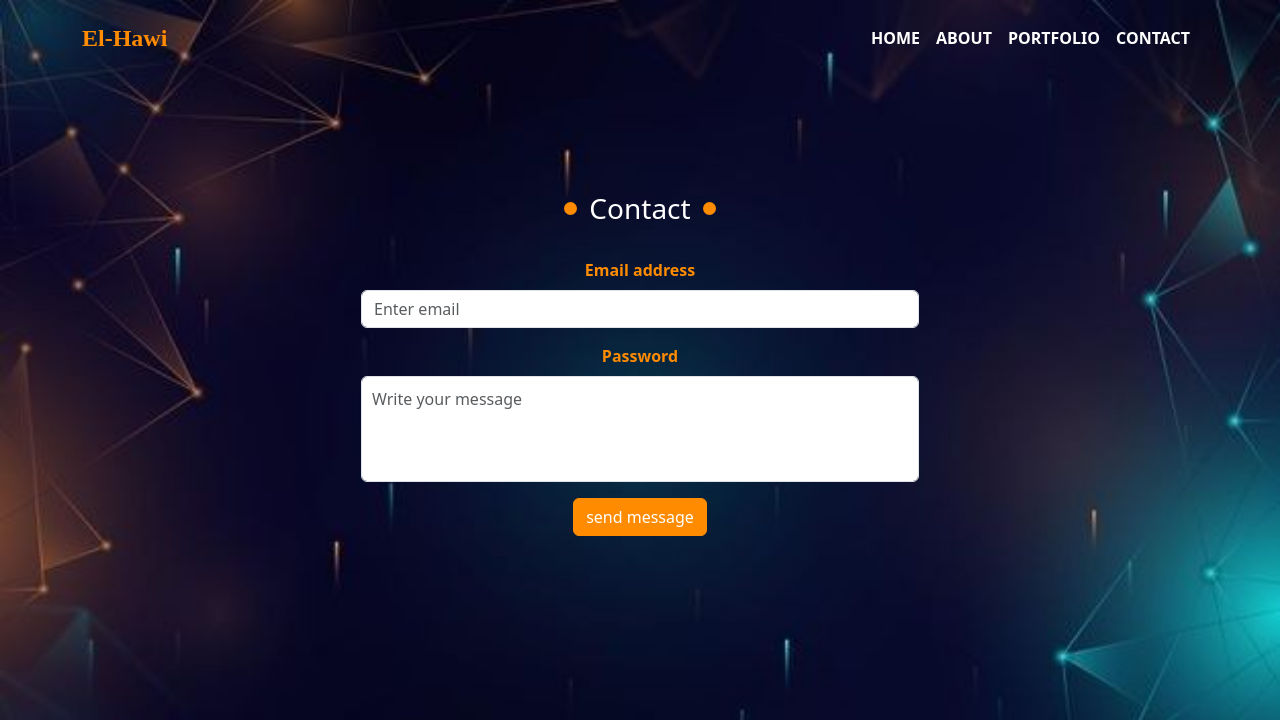
Repository: amralhawi123/Portfolio
Page: /contact
The author's editor kept a copy of each file at every save. The page is drawn from the files as they stood at one save, then again after a run of saves.
The browser window is 1280 px wide. The pictures show the whole page.
The project was rebuilt for these pictures with package versions that can differ from the ones it lists, and the page was loaded fresh each time. Also part of the build but not shown: src/components/landing/landing.css, src/components/landing/landing.js, src/components/about/about.css, src/components/about/About.js, src/components/Portfolio/portfolio.css, src/components/Portfolio/Portfolio.js. Imported but missing from the stored project, and not drawn on this page: src/image/Amr Mahmoud Alhawi.pdf.

Above is the page before, as saved 2023-08-28 17:35:10.

### public/index.html
<!DOCTYPE html>
<html lang="en">
  <head>
    <meta charset="utf-8" />
    <link rel="icon" href="%PUBLIC_URL%/favicon.ico" />
    <meta name="viewport" content="width=device-width, initial-scale=1" />
    <meta name="theme-color" content="#000000" />
    <meta
      name="description"
      content="Web site created using create-react-app"
    />
    <link rel="stylesheet" href="https://cdnjs.cloudflare.com/ajax/libs/font-awesome/6.4.2/css/all.min.css" integrity="sha512-z3gLpd7yknf1YoNbCzqRKc4qyor8gaKU1qmn+CShxbuBusANI9QpRohGBreCFkKxLhei6S9CQXFEbbKuqLg0DA==" crossorigin="anonymous" referrerpolicy="no-referrer" />

    <link rel="apple-touch-icon" href="%PUBLIC_URL%/logo192.png" />
    <link rel="manifest" href="%PUBLIC_URL%/manifest.json" />
    <title>My Portfolio</title>
  </head>
  <body>
    <!-- <noscript>You need to enable JavaScript to run this app.</noscript> -->
    <div id="root"></div>

  </body>
</html>

### src/components/navbar/MayNav.js
import React from 'react'
import './Maynav.css'
import { Nav, Navbar } from 'react-bootstrap'

const MayNav = () => {
  return (
       <div className='myNav'>
      <Navbar    expand="lg" data-bs-theme="dark">
      <Navbar.Brand href="#home" className='fs-4'>El-Hawi</Navbar.Brand>
        <Navbar.Toggle aria-controls="basic-navbar-nav" />
        <Navbar.Collapse id="basic-navbar-nav">
        <Nav className="ms-auto links">
            <Nav.Link href="#home">HOME</Nav.Link>
            <Nav.Link href="#about">ABOUT</Nav.Link>
            <Nav.Link href="#portfolio">PORTFOLIO</Nav.Link>
            <Nav.Link href="#contact">CONTACT</Nav.Link>
          </Nav>
        </Navbar.Collapse>
    </Navbar>
     </div>

  )
}

export default MayNav

### src/components/contact/contact.js
import React from 'react'
import './contact.css'
import { Button, Form } from 'react-bootstrap'
const Contact = () => {
  return (
    <div className='contact text-center' id='contact'>
      <h3 className=' my-3'>Contact</h3>
       <Form className=' my-3'>
      <Form.Group className="mb-3" controlId="formBasicEmail">
        <Form.Label>Email address</Form.Label>
        <Form.Control type="email" placeholder="Enter email" />
      </Form.Group>

      <Form.Group className="mb-3" controlId="formBasicPassword">
        <Form.Label>Password</Form.Label>
        <Form.Control type="text" className='heghit' placeholder="Write your message" />
      </Form.Group>
      <Button variant="primary" className='button' type="submit">
        send message
      </Button>
    </Form>
    </div>
  )
}

export default Contact

### src/components/navbar/Maynav.css
.myNav .navbar-brand{
   font-weight: bold ;
   font-family: auto;
   color:darkorange;
}

.navbar-toggler{
   background-color: white !important;
}
@media (max-width:576px) {
   .navbar-toggler{
      display: none !important;
   }
   .collapse:not(.show) {
      display: block !important;
  }
}
.myNav .links a {
   display: flex;
    justify-content: center;
    align-items: center;
    height: 60px;
    padding: 0 20px;
    position: relative;
    transition: .2s;
    overflow: hidden;
    text-decoration: auto;
    color: white;
    font-weight: 700;
}
.myNav .links a::before{
   content: '';
   position: absolute;
   width: 100%;
   height: 3px;
   background-color: darkorange;
   top: 0;
   left: -100%;
   transition: .2s;
}
.myNav .links a:hover::before {
   left: 0;
}
@media (max-width:576px) {
   .navbar-toggler{
      display: none !important;
   }
   .collapse:not(.show) {
      display: block !important;
  }
  .navbar-nav {
    flex-direction: row !important;
  }
  .myNav .links a{
   padding: 0 15px;
  }
  .navbar{
   display: block !important;
   text-align: center;
  }
  .myNav .links a::before{
   top: 94%;
   left: -100%;
   transition: .2s;
}

}

### src/components/contact/contact.css
.contact{
   margin: 100px 0;
    text-align: center;
    display: flex;
    flex-direction: column;
    align-items: center;
}

.form-label {
   margin-bottom: .5rem;
   color: darkorange;
   font-weight: bold;
}
form{
   width: 50%;
}
form .heghit{
   padding: 10px 0 70px 10px;
}
.button{
   background-color: darkorange !important;
   border-color: darkorange !important;
}
.contact  h3{
   color: white;
   position: relative;
   display: inline-block;
}
.contact  h3::before{
   content: '';
   position: absolute;
   background-color: darkorange;
   width: 13px;
   height: 13px;
   border-radius: 50%;
   left: -25px;
   top: 30%;
}
.contact  h3::after{
   content: '';
   position: absolute;
   background-color: darkorange;
   width: 13px;
   height: 13px;
   border-radius: 50%;
   right: -25px;
   top: 30%;
}

Loaded but not shown: src/index.js (common file); src/App.js (common file); src/index.css (common file)

After the next 3 saves:
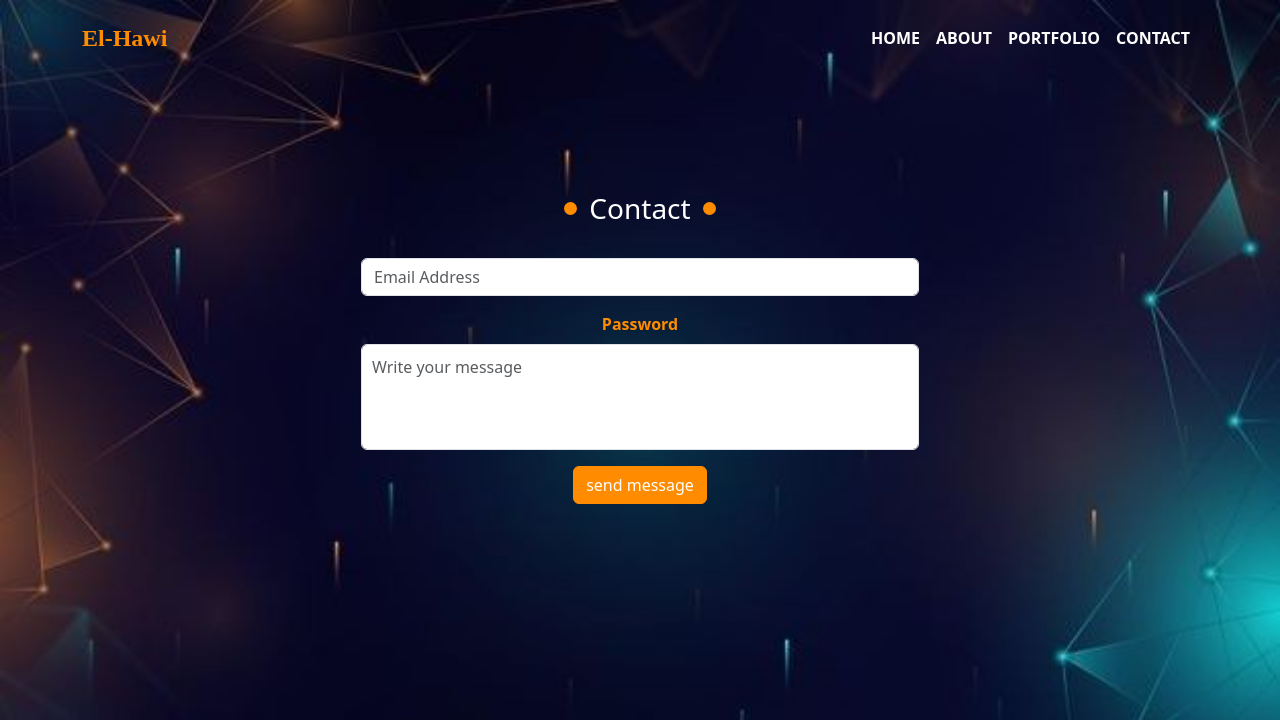
The 3 saves are shown as one change because they came seconds apart.
The last was saved 36 s later.
--- a/src/components/contact/contact.js
+++ b/src/components/contact/contact.js
@@ -7,8 +7,7 @@ const Contact = () => {
       <h3 className=' my-3'>Contact</h3>
        <Form className=' my-3'>
       <Form.Group className="mb-3" controlId="formBasicEmail">
-        <Form.Label>Email address</Form.Label>
-        <Form.Control type="email" placeholder="Enter email" />
+        <Form.Control type="email" placeholder="Email Address" />
       </Form.Group>
 
       <Form.Group className="mb-3" controlId="formBasicPassword">
